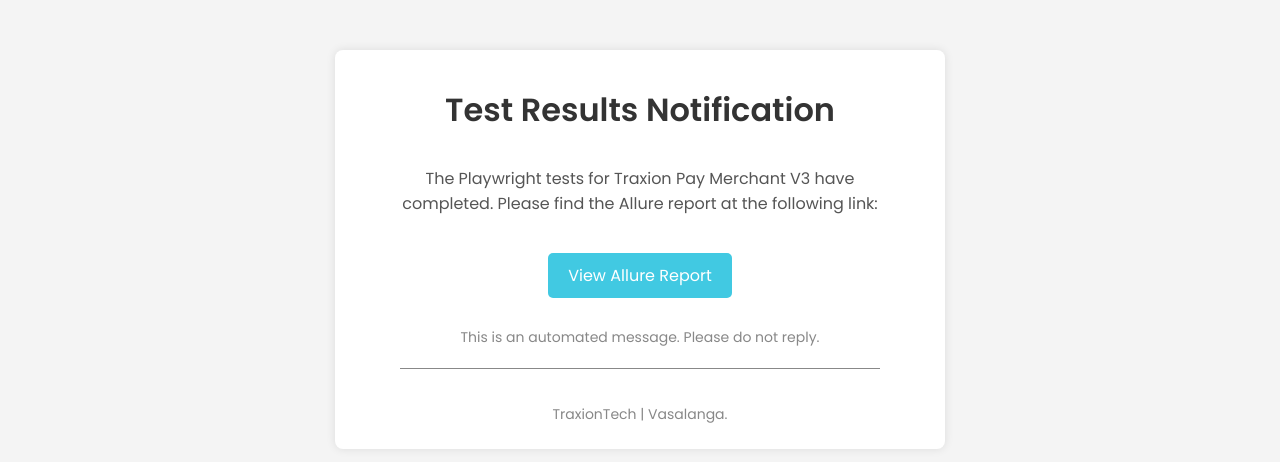
Repository: jmendozaqa24/TraxionPay-V3
Page: template.html
These files come from the project's save history. The page is drawn as it stood at one moment and after a run of saves; the edit follows.
The browser window is 1280 px wide. The pictures show the whole page.

Above is the page before, as saved 2025-01-31 10:59:48.

After the next 2 saves:
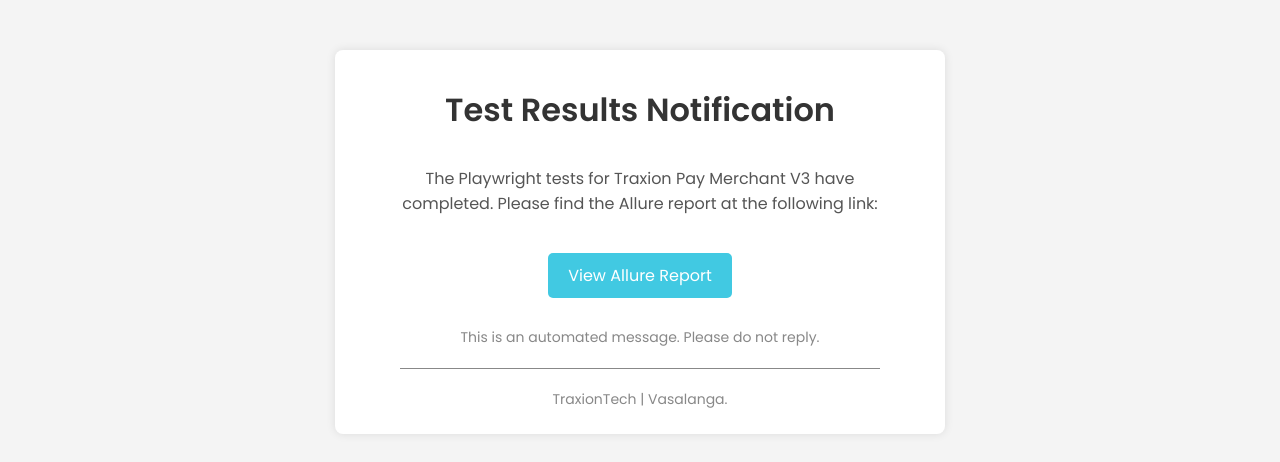
The 2 saves are shown as one change because they came seconds apart.
The last was saved 16 s later.
--- a/template.html
+++ b/template.html
@@ -24,7 +24,7 @@
             <p>This is an automated message. Please do not reply.</p>
         </div>
         <hr style="border: none; border-top: 0.1px solid #888888; width: 80%; margin: 20px auto;">
-        <div style="text-align: center; padding-top: 1px; padding-bottom: 5px; font-size: 14px; color: #888888;">
+        <div style="text-align: center;  padding-bottom: 5px; font-size: 14px; color: #888888;">
             <p>TraxionTech | Vasalanga.</p>
         </div>
     </div>
